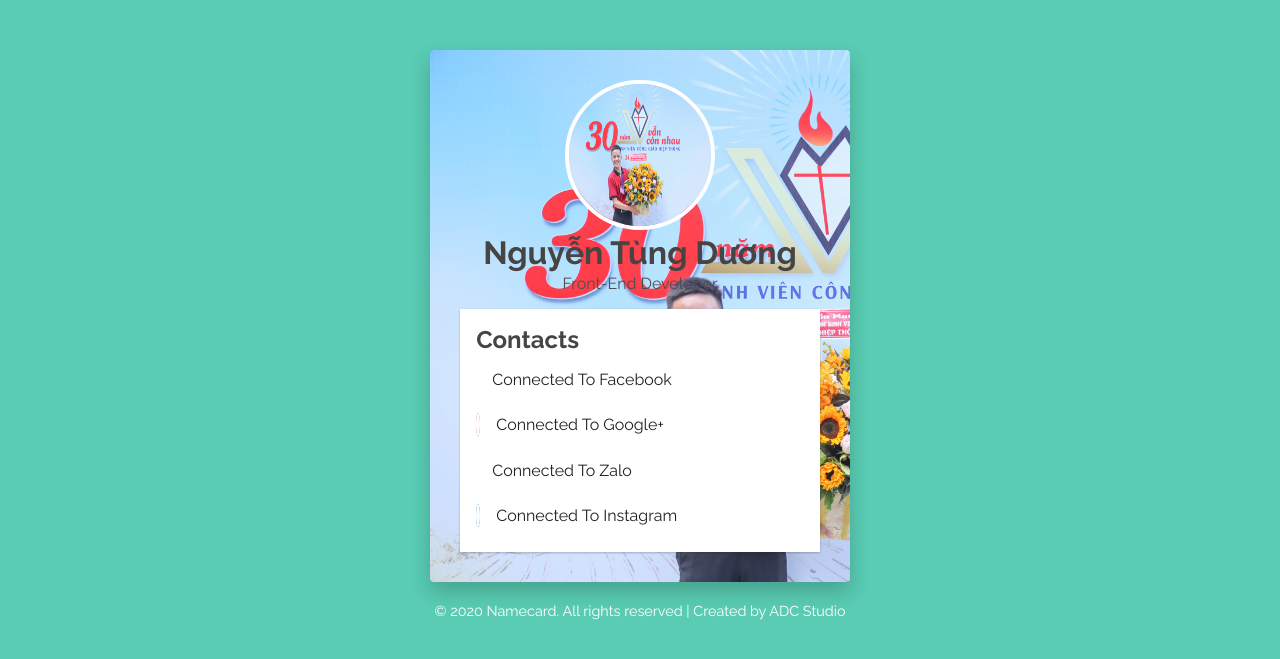
Repository: DuongTungNguyen0899/Card_Duong.github.io
Page: index.html
The author's editor kept a copy of each file at every save. The page is drawn from the files as they stood at one save, then again after the next save.
The browser window is 1280 px wide. The pictures show the whole page.
Some icons come from a web library that is not loaded, so they are not drawn.

Above is the page before, as saved 2021-06-27 17:03:51.

### index.html
<!DOCTYPE HTML>
<html>
<head>
<title>Shaded Profile Widget Flat Responsive Widget Template :: w3layouts</title>
<!-- Custom Theme files -->
<link href="css/style.css" rel="stylesheet" type="text/css" media="all"/>
<!-- for-mobile-apps -->
<meta http-equiv="Content-Type" content="text/html; charset=utf-8" />
<meta name="viewport" content="width=device-width, initial-scale=1, maximum-scale=1">
<meta http-equiv="Content-Type" content="text/html; charset=utf-8" />
<!-- //for-mobile-apps -->
<!-- font-awesome icons -->
<link href="css/font-awesome.css" rel="stylesheet">
<!-- //font-awesome icons -->
<!--Google Fonts-->
<link href="https://fonts.googleapis.com/css2?family=Raleway:wght@400;500;600;700&display=swap" rel="stylesheet">
</head>
<body>
<!--profile start here-->

<div class="profile">
	<div class="wrap">
		<div class="profile-main">
			<div class="profile-pic wthree">
				<img src="img/IMG_7157.JPG" alt="">
				<h2>Nguyễn Tùng Dương</h2>
				<p>Front-End Developer</p>
			</div>
			<!-- <div class="w3-message">
				<h5>About Me</h5>
				<p>Chào bạn ! Chúng mình là ADC Studio.Liên hệ cho chúng mình nhé ^_^</p>
			</div> -->
			<div class="w3ls-touch">
				<h5>Contacts</h5>
				<div class="social">
					<ul>
						<li><a href="https://www.facebook.com/DuongTung.td/"><i class="fa fa-facebook-f" aria-hidden="true"></i> <p>Connected To Facebook</p></a></li>
						<!-- <li><a href="#"><i class="fa fa-twitter" aria-hidden="true"></i> <p>Connected To Twitter</p></a></li> -->
						<!-- <li><a href="#"><i class="fa fa-linkedin" aria-hidden="true"></i> <p>Connected To Linkedin</p></a></li> -->
                        <li><a href="#"><i class="fa fa-google-plus" aria-hidden="true"></i> <p>Connected To Google+</p></a></li>
                        <li><a href="#"><i class="fa fa-zalo" aria-hidden="true"></i> <p>Connected To Zalo</p></a></li>
                        <li><a href="https://www.instagram.com/aaachuuchaa/"><i class="fa fa-linkedin" aria-hidden="true"></i> <p>Connected To Instagram</p></a></li>
					</ul>
				</div>
			</div>
		</div>
		<div class="wthree_footer_copy">
			<p>© 2020 Namecard. All rights reserved | Created by <a href="https://adcstudio.info">ADC Studio</a></p>
		</div>
	</div>
</div>
<!--profile end here-->

</body>
</html>

### css/style.css
*,
*::before,
*::after {
	margin: 0;
	padding: 0;
	box-sizing: border-box;
}

html {

}


ul{list-style:none;}
a {text-decoration: none;}
img {
	width:150px;
	height:150px;
}
/*end reset*/
body{
	padding: 30px;
    background: #59CCB3;
    background-size: cover;
   font-family: 'Raleway', sans-serif;
}
.wrap {
    width: 80%;
    margin: 0 auto;
}
/*--profile start here--*/
.heading-1 {
	font-size: 35px;
	font-weight: 400;
	letter-spacing: 1.2;
}
h1 {
    font-size: 3em;
    color: #fff;
    text-align: center;
}
.profile-main {
    background: url(./img/IMG_7157.JPG) no-repeat 0px 0px;
	background-size:cover;
    width: 45%;
    margin: 20px auto;
    padding: 30px;
    border-radius: 4px;
    box-shadow: 0 10px 20px rgba(0,0,0,.2);
}
.profile-pic {
    margin: 0 0 1em 0;
    text-align: center;
}
.profile-pic img {
    border:4px solid #fff;
    border-radius: 82px;
	    transition: 0.5s all;
    -webkit-transition: 0.5s all;
    -moz-transition: 0.5s all;
    -o-transition: 0.5s all;
}
.profile-pic h2 {
    font-size: 2em;
    color: #474544;
    margin-bottom: 0.1em;
}
.profile-pic p {
    font-size: 1em;
    color:#4E4E4E;
}
.wthree_tab_grid_sub {
    margin: 1em 0 0 0;
}
.wthree_tab_grid_sub_left {
	float: left;
    width: 26.2%;
    padding: .5em;
    text-align: center;
    background: #d3aefe;
}
.wthree_tab_grid_sub_left h5 {
    font-size: 1.5em !important;
    color: #fff !important;
    font-weight: 700;
}
.wthree_tab_grid_sub_left p {
	color: #fff !important;
    font-size: .9em !important;
    margin: 0 !important;
}
.wthree_tab_grid_sub_left:nth-child(2) {
    margin: 0 1em;
}
.w3-message,.w3ls-touch{
    padding: 1em;
    box-shadow: 0 0px 1px rgba(197, 197, 197, 0.19),0 1px 2px rgba(0, 0, 0, 0.24);
    background: #fff;
}
.w3-message h5,.w3ls-touch h5{
	color:#474544;
	font-size:1.5em;
	margin:0;
}
.w3-message p{
	color:#c5b7b7;
	font-size:16px;
	margin:1em 0 0 0;
	line-height:1.8em;
}
.w3ls-touch{
	margin:1em 0 0 0;
}
.social {
	margin: 1em 0 0 0;
}
.social ul{
	padding:0;
	margin:0;
}
.social ul li{
    display: block;
	margin:1em 0 0 0;
}
.social ul li:nth-child(1){
	margin:0;
}
.social ul li a {
	color: #333;
    text-align: center;
}
.social ul li a i.fa.fa-facebook,.social ul li a i.fa.fa-twitter,.social ul li a i.fa.fa-linkedin,.social ul li a i.fa.fa-google-plus{
    height: 40px;
    width: 40px;
    background: none;
    line-height: 40px;
    border: solid 2px #FFF;
    color: #FFF;
    border-radius: 50%;
    -webkit-border-radius: 50%;
    -moz-border-radius: 50%;
    -o-border-radius: 50%;
    -ms-border-radius: 50%;
    transition: 0.5s all;
    -webkit-transition: 0.5s all;
    -moz-transition: 0.5s all;
    -o-transition: 0.5s all;
    -ms-transition: 0.5s all;
}
.social ul li a i.fa.fa-facebook {
	background: #3b5998;
}
.social ul li a i.fa.fa-twitter{
	background: #1da1f2;
}
.social ul li a i.fa.fa-linkedin{
	background: #0077b5;
}
.social ul li a i.fa.fa-google-plus{
	background: #dd4b39;
}
.social ul li a i.fa.fa-facebook:hover {
	border: solid 2px #3b5998;
    color: #3b5998;
	background:none;
}
.social ul li a i.fa.fa-twitter:hover{
	border: solid 2px #1da1f2;
    color: #1da1f2;
	background:none;
}
.social ul li a i.fa.fa-linkedin:hover{
	border: solid 2px #0077b5;
    color: #0077b5;
	background:none;
}
.social ul li a i.fa.fa-google-plus:hover{
	border: solid 2px #dd4b39;
    color: #dd4b39;
	background:none;
}
.social ul li a p{
    color: #212121;
    font-size: 16px;
    margin: 0 0 0 1em;
    font-weight: 400;
    display: inline-block;
}
.wthree_footer_copy{
	text-align:center;
}
.wthree_footer_copy p{
	color:#FFFFFF;
	font-size:.9em;
	margin:0;
}
.wthree_footer_copy p a{
	color:#FFFFFF;
	text-decoration:none;
}
.wthree_footer_copy p a:hover{
	color:#212121;
}
/*-- responsive --*/
@media(max-width:1440px){
	.wthree_tab_grid_sub_left {
		width: 25.2%;
	}
}
@media(max-width:1280px){
	.profile-main {
		width: 43%;
	}
}
@media(max-width:1080px){
	body {
		padding: 10px;
	}
	.wrap {
		width: 100%;
	}
	.profile-main {
		width: 100%;
	}
}

@media(max-width:600px){
	.profile-main {
		background: url(./img/IMG_7157.JPG) no-repeat -100px 0px;
		background-size: cover;
	}
	.social ul li a p {
		font-size: 13px;
	}
}


@media(max-width:320px){
	h1 {
		font-size: 1.5em;
	}
	.wthree_tab_grid_sub_left {
		width: 21.5%;
	}
	.wthree_tab_grid_sub_left p {
		font-size: .8em !important;
	}
	.profile-main {
		background: url(./img/IMG_7157.JPG) no-repeat -173px 0px;
		background-size: cover;
	}
}
/*-- //responsive --*/

Loaded but not shown: css/fontawesome-free-5.15.3-web/css/fontawesome.css (library)

After the next save:
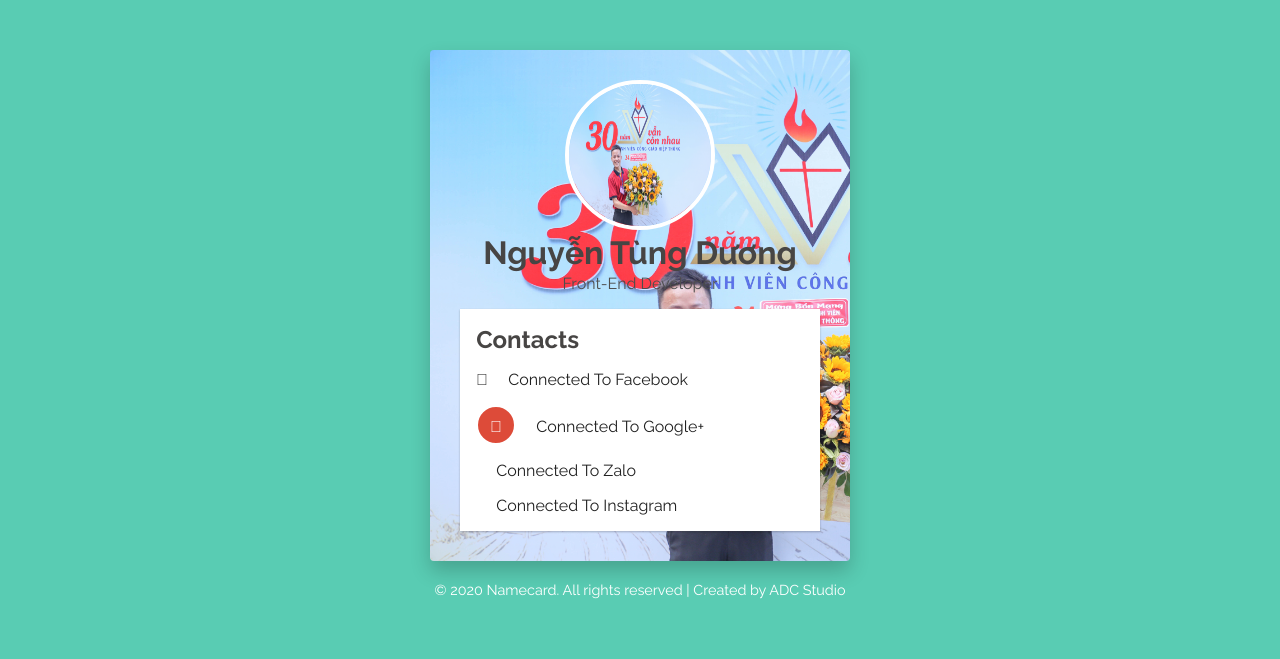
Saved 3 min 33 s later.
--- a/index.html
+++ b/index.html
@@ -10,7 +10,7 @@
 <meta http-equiv="Content-Type" content="text/html; charset=utf-8" />
 <!-- //for-mobile-apps -->
 <!-- font-awesome icons -->
-<link href="css/font-awesome.css" rel="stylesheet">
+<link href="css/fontawesome-free-5.15.3-web/css/fontawesome.css" rel="stylesheet">
 <!-- //font-awesome icons -->
 <!--Google Fonts-->
 <link href="https://fonts.googleapis.com/css2?family=Raleway:wght@400;500;600;700&display=swap" rel="stylesheet">
@@ -39,7 +39,7 @@
 						<!-- <li><a href="#"><i class="fa fa-linkedin" aria-hidden="true"></i> <p>Connected To Linkedin</p></a></li> -->
                         <li><a href="#"><i class="fa fa-google-plus" aria-hidden="true"></i> <p>Connected To Google+</p></a></li>
                         <li><a href="#"><i class="fa fa-zalo" aria-hidden="true"></i> <p>Connected To Zalo</p></a></li>
-                        <li><a href="https://www.instagram.com/aaachuuchaa/"><i class="fa fa-linkedin" aria-hidden="true"></i> <p>Connected To Instagram</p></a></li>
+                        <li><a href="https://www.instagram.com/aaachuuchaa/"><i class="fa fa-insta" aria-hidden="true"></i> <p>Connected To Instagram</p></a></li>
 					</ul>
 				</div>
 			</div>
